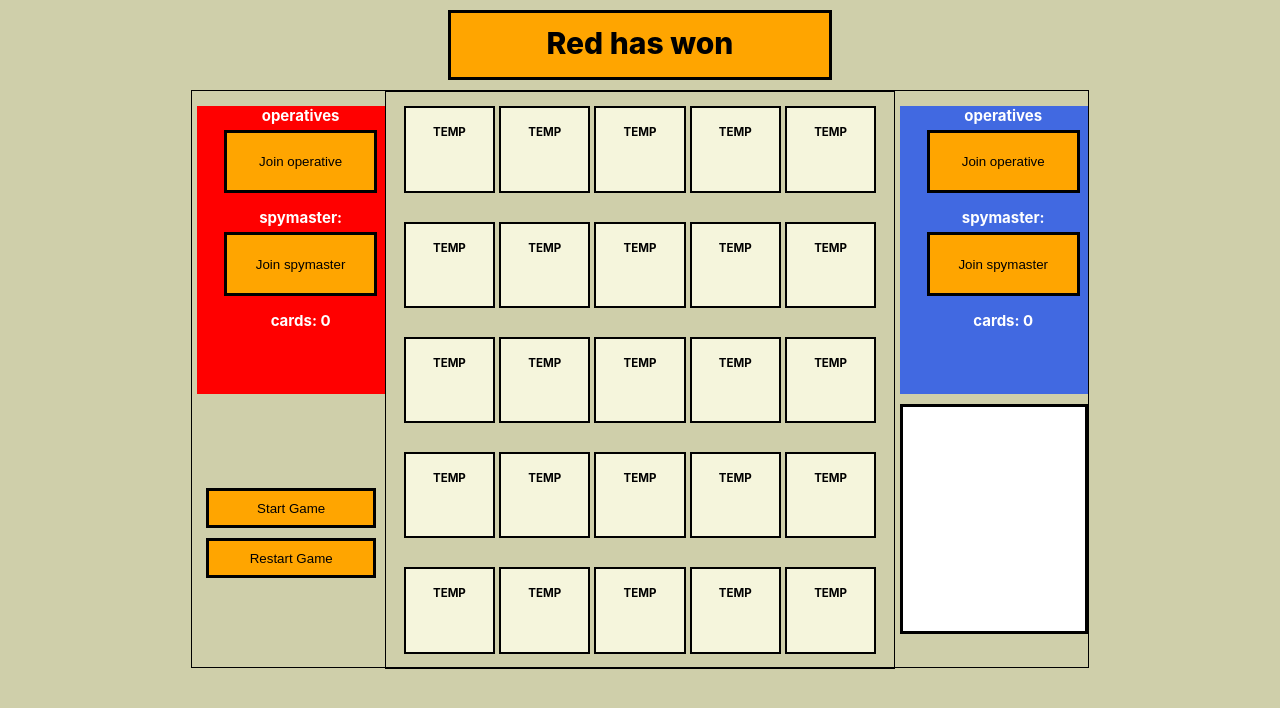
Repository: alcarrizo/Codenames-Fullstack
Page: / (app in client/)
An editor plug-in stored every save of this project. The page is shown before and after the next save, followed by the edit.
The browser window is 1280 px wide. The pictures show the whole page.
The project was rebuilt for these pictures with package versions that can differ from the ones it lists, and the page was loaded fresh each time. Imported but missing from the stored project, and not drawn on this page: client/src/reportWebVitals.

Above is the page before, as saved 2023-01-17 17:54:38.

After the next save:
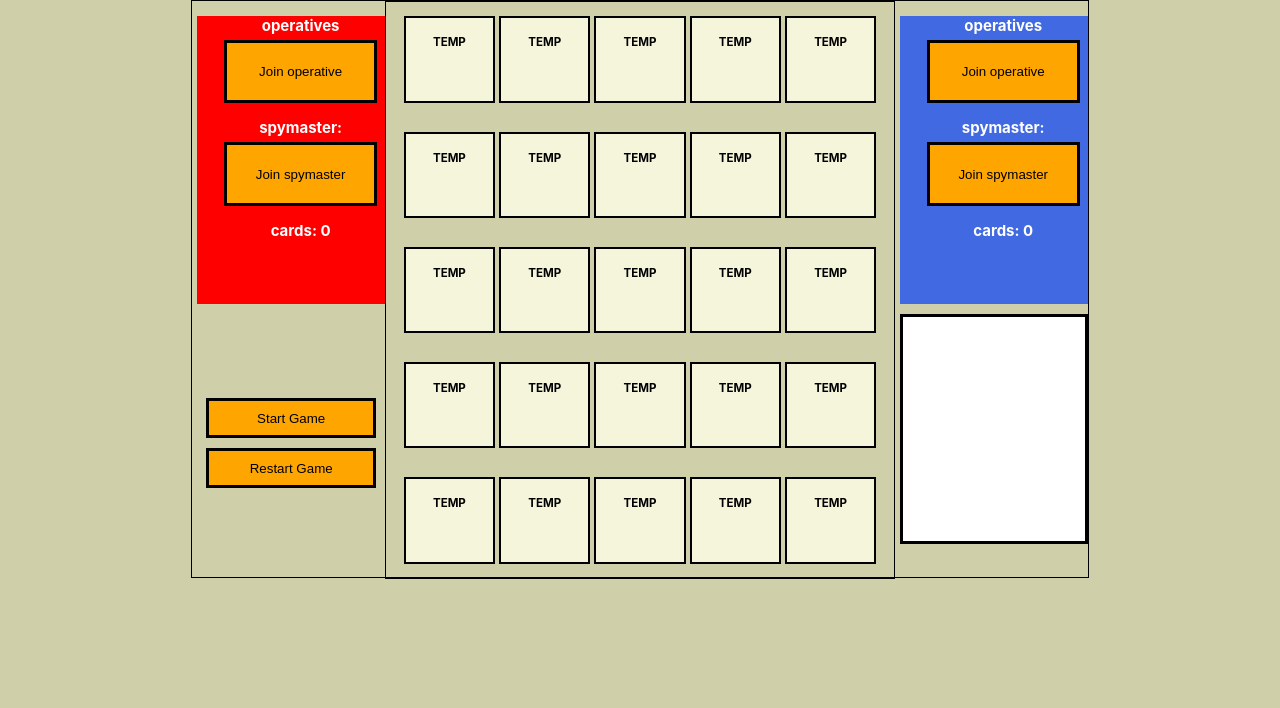
Saved 39 s later.
--- a/client/src/App.js
+++ b/client/src/App.js
@@ -307,7 +307,7 @@ const App = () => {
 
   return (
     <div className="App">
-      <div className='win-screen' id='win-screen'>Red has won</div>
+      <div className='win-screen hide' id='win-screen'>Red has won</div>
 
       {/* <button onClick={() => { giveClue('test') }}>test</button> */}
 
